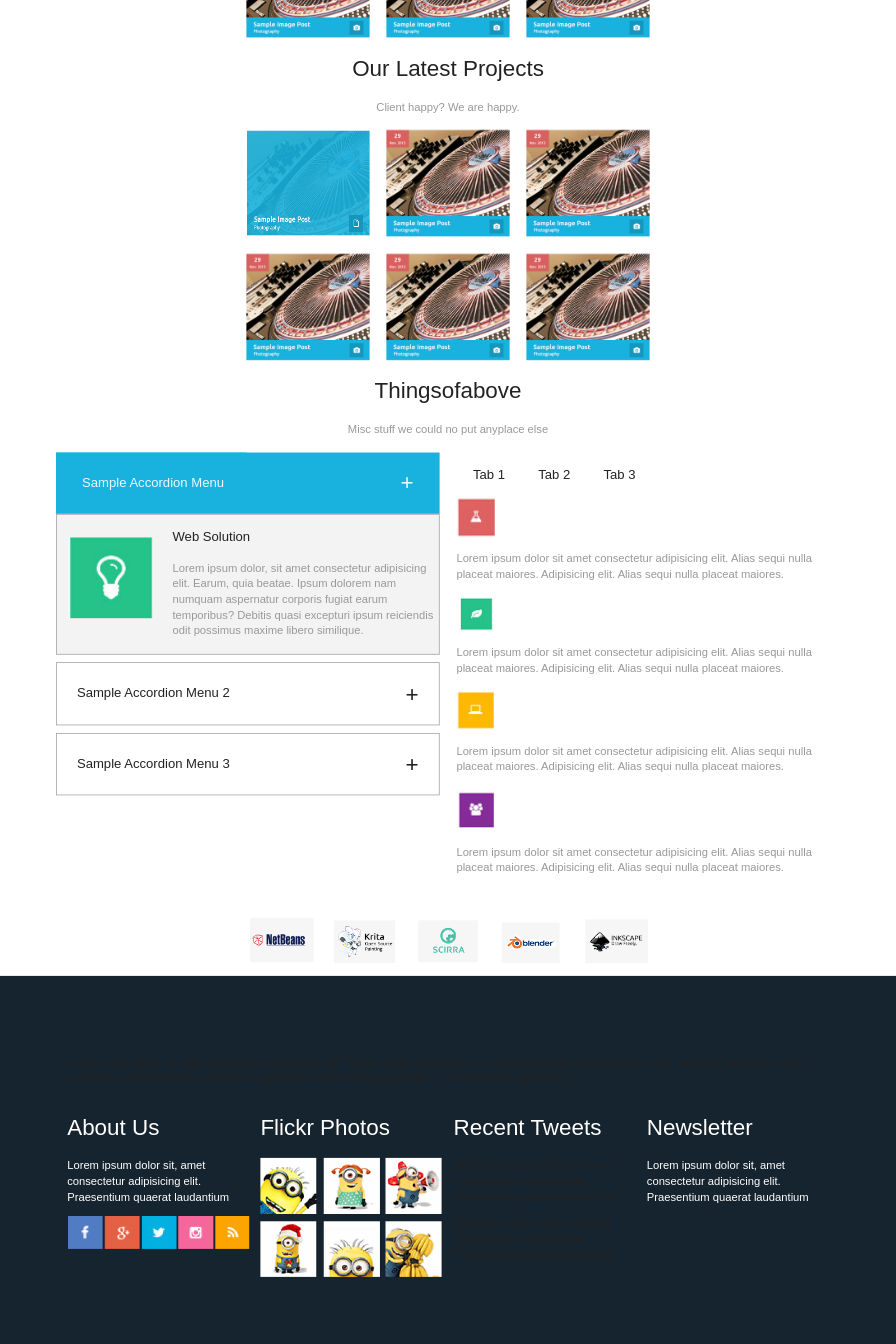
Repository: anoncoderin/madhu_kushal_html_layout
Page: metrosite_week4hw/index.html
An editor plug-in stored every save of this project. The page is shown before and after the next save, followed by the edit.
The browser window is 1280 px wide. The pictures show the part of the page from y = 1693 to 3613 px (the page is 3613 px tall before and 3490 px after), at 70% of full size.

Above is the page before, as saved 2023-02-04 20:00:15.

### metrosite_week4hw/index.html
<!doctype html>
<html class="no-js" lang="EN">

<head>
  <meta charset="utf-8">
  <title>Metrolics</title>
  <meta name="description" content="Some demo test website">
  <meta name="viewport" content="width=device-width, initial-scale=1">

  <meta property="og:title" content="">
  <meta property="og:type" content="">
  <meta property="og:url" content="">
  <meta property="og:image" content="">

  <link rel="manifest" href="site.webmanifest">
  <link rel="apple-touch-icon" href="icon.png">
  <!-- Place favicon.ico in the root directory -->

  <link rel="stylesheet" href="css/normalize.css">
  <link rel="stylesheet" href="css/main.css">

  <meta name="theme-color" content="#fafafa">
</head>

<body>


  <script src="js/vendor/modernizr-3.11.2.min.js"></script>
  <script src="js/plugins.js"></script>
  <script src="js/main.js"></script>

  <!-- Google Analytics: change UA-XXXXX-Y to be your site's ID. -->
  <script>
    window.ga = function () { ga.q.push(arguments) }; ga.q = []; ga.l = +new Date;
    ga('create', 'UA-XXXXX-Y', 'auto'); ga('set', 'anonymizeIp', true); ga('set', 'transport', 'beacon'); ga('send', 'pageview')
  </script>
  <script src="https://www.google-analytics.com/analytics.js" async></script>

  <script src="js/vendor/modernizr-3.11.2.min.js"></script>
  <script src="js/plugins.js"></script>
  <script src="js/main.js"></script>

  <!-- Google Analytics: change UA-XXXXX-Y to be your site's ID. -->
  <script>
    window.ga = function () { ga.q.push(arguments) }; ga.q = []; ga.l = +new Date;
    ga('create', 'UA-XXXXX-Y', 'auto'); ga('set', 'anonymizeIp', true); ga('set', 'transport', 'beacon'); ga('send', 'pageview')
  </script>
  <script src="https://www.google-analytics.com/analytics.js" async></script>

<div class="marginnnss">
  <header class="headerss">
    <div class="page__header">
      <nav class="rowss m-1-2" style="grid-template-columns: 5fr 9fr 24fr;">
          <nav class="mobile-nav m-hide l-hide">
          </nav>
          <div class="columnsss">
              <h1 class="logo">Metrolics <img style="width: 11%; margin-bottom: 0.5%;" src="/metrosite_week4hw/img/Screenshot_20230204_050039.png" alt=""></h1>
          </div>
          <nav class="column main-nav">
              <a href="#" class="main-nav__item active">home</a>
              <a href="#" class="main-nav__item active">pages</a>
              <a href="#" class="main-nav__item active">blogs</a>
              <a href="#" class="main-nav__item active">portfolio</a>
              <a href="#" class="main-nav__item active">contact</a>
          </nav>
      </nav>
    </div>

  </header>

  <div class="slider s-hide m-hide">
    <div class="rowss">
        <div class="columnsss">
            <img class="slider-image"  src="/metrosite_week4hw/img/Screenshot 2023-02-04 165549.jpg" alt="banner">
        </div>
    </div>
  </div>


  <div class="main-container">
    <section>
      <div class="row">
        <div class="col">
          <p class="FirstBigText">Hey guys! This is the Metrolics theme.
            It sports a responsive layout with a mobile layout.</p>
        </div>
      </div>
    </section>

    <section>
      <div class="row tab-col-3 ">
        <div class="col tab-row-span" style="text-align: center;">
          <h1>Things That We Do</h1>
          <h4>Ask us what we can do for you</h4>
        </div>
        <div class="col">

          <img class="ThingsWeDoPics" src="/metrosite_week4hw/img/Screenshot_20230201_101603.png" alt="">
          <h2 class="ThingsWeDoText">Web Solutions</h2>
          <h4 class="ThingsWeDoText1">We are a fairly small, flexible design studio that designs for print and web. We work flexibly with clients to fulfil their design needs. Whether you need to create a brand from scratch, including marketing materials and a </h4>
        </div>
        <div class="col">
          <img class="ThingsWeDoPics" src="/metrosite_week4hw/img/Screenshot_20230201_101807.png" alt="">
          <h2 class="ThingsWeDoText">Photography</h2>
          <h4 class="ThingsWeDoText1">We are a fairly small, flexible design studio that designs for print and web. We work flexibly with clients to fulfil their design needs. Whether you need to create a brand from scratch, including marketing materials and a </h4>
        </div>

        <div class="col">
          <img class="ThingsWeDoPics" src="/metrosite_week4hw/img/Screenshot_20230201_101826.png" alt="">
          <h2 class="ThingsWeDoText">Web Development</h2>
          <h4 class="ThingsWeDoText1">We are a fairly small, flexible design studio that designs for print and web. We work flexibly with clients to fulfil their design needs. Whether you need to create a brand from scratch, including marketing materials and a </h4>
        </div>
        <div class="col">
          <img class="ThingsWeDoPics" src="/metrosite_week4hw/img/Screenshot_20230201_101840.png" alt="">
          <h2 class="ThingsWeDoText">Web Design</h2>
          <h4 class="ThingsWeDoText1">We are a fairly small, flexible design studio that designs for print and web. We work flexibly with clients to fulfil their design needs. Whether you need to create a brand from scratch, including marketing materials and a </h4>
        </div>
      </div>
  </section>

  <section>
    <div class="row">
      <div class="col" style="text-align: center;">
        <h1>What's Up Lately?</h1>
        <h4>Read up on our latest work</h4>
      </div>
    </div>
  </section>

  <section>
    <div class="row tab-col-2 ">
      <div class="col" class="imgchange">
        <img src="/metrosite_week4hw/img/Screenshot_20230203_094754.png" alt="">
      </div>
      <div class="col">
        <img src="/metrosite_week4hw/img/Screenshot_20230203_094754.png" alt="">
      </div>
      <div class="col">
        <img src="/metrosite_week4hw/img/Screenshot_20230203_094754.png" alt="">
      </div>
    </div>
  </section>

  <section>
    <div class="row">
      <div class="col" style="text-align: center;">
        <h1>Our Latest Projects</h1>
        <h4>Client happy? We are happy.</h4>
      </div>
    </div>
  </section>

  <section>
    <div class="row tab-col-2">
      <div class="col">
        <img style="width: 100%; height: 99%;" src="/metrosite_week4hw/img/Screenshot_20230203_100036.png" alt="">
      </div>
      <div class="col">
        <img src="/metrosite_week4hw/img/Screenshot_20230203_094754.png" alt="">
      </div>
      <div class="col">
        <img src="/metrosite_week4hw/img/Screenshot_20230203_094754.png" alt="">
      </div>
      <div class="col">
        <img src="/metrosite_week4hw/img/Screenshot_20230203_094754.png" alt="">
      </div>

      <div class="col">
        <img src="/metrosite_week4hw/img/Screenshot_20230203_094754.png" alt="">
      </div>
      <div class="col">
        <img src="/metrosite_week4hw/img/Screenshot_20230203_094754.png" alt="">
      </div>
    </div>
  </section>

  <section>
    <div class="row">
      <div class="col" style="text-align: center;">
        <h1>Thingsofabove</h1>
        <h4>Misc stuff we could no put anyplace else</h4>
      </div>
    </div>
  </section>

  <section>
    <div class="table-switch">

      <div>
        <div style="background-color: #19b2de; display: flex; justify-content: center; gap: 46%;">
          <h3 style="color: aliceblue; margin-top: 5.5%;;" >Sample Accordion Menu <h1 style="color: aliceblue;">+</h1></h3>
        </div>

        <div style="display: grid; grid-template-columns: 1fr; gap: 3%;">

          <div class="sampleaccord" style="background-color: #f3f3f3; border:1px solid #999;">

            <img style="width: 24%; height: 58%; margin-top: 6%; margin-left: 3%;" src="/metrosite_week4hw/img/Screenshot_20230204_064024.png" alt="">
            <div>

              <h3>Web Solution</h3>
              <h4>Lorem ipsum dolor, sit amet consectetur adipisicing elit. Earum, quia beatae. Ipsum dolorem nam numquam aspernatur corporis fugiat earum temporibus? Debitis quasi excepturi ipsum reiciendis odit possimus maxime libero similique.</h4>

            </div>

          </div>
          <div style="display: grid; gap: 6%;">

            <div class="tabs" style="display: flex; justify-content: center; gap: 46%;">
              <h3 style="margin-top: 5.5%;;" >Sample Accordion Menu 2<h1>+</h1></h3>
            </div>

            <div class="tabs" style="display: flex; justify-content: center; gap: 46%;">
              <h3 style="margin-top: 5.5%;;" >Sample Accordion Menu 3<h1>+</h1></h3>
            </div>

        </div>
        </div>
      </div>

      <div class="tab-switch">
        <div style="display: grid; grid-template-columns: 1fr 1fr 1fr; text-align: center; width: 51%;">
          <h3>Tab 1</h3>
          <h3>Tab 2</h3>
          <h3>Tab 3</h3>
        </div>
        <div class="alchemytext">
          <img class="alchemyicons" src="/metrosite_week4hw/img/Screenshot_20230204_075106.png" alt="">
          <h4>Lorem ipsum dolor sit amet consectetur adipisicing elit. Alias sequi nulla placeat maiores. Adipisicing elit. Alias sequi nulla placeat maiores.</h4>
        </div>
        <div class="alchemytext">
          <img class="alchemyicons" src="/metrosite_week4hw/img/Screenshot_20230204_075114.png" alt="">
          <h4>Lorem ipsum dolor sit amet consectetur adipisicing elit. Alias sequi nulla placeat maiores.  Adipisicing elit. Alias sequi nulla placeat maiores.</h4>
        </div>
        <div class="alchemytext">
          <img class="alchemyicons" src="/metrosite_week4hw/img/Screenshot_20230204_075123.png" alt="">
          <h4>Lorem ipsum dolor sit amet consectetur adipisicing elit. Alias sequi nulla placeat maiores.  Adipisicing elit. Alias sequi nulla placeat maiores.</h4>
        </div>
        <div class="alchemytext">
          <img class="alchemyicons" src="/metrosite_week4hw/img/Screenshot_20230204_075137.png" alt="">
          <h4>Lorem ipsum dolor sit amet consectetur adipisicing elit. Alias sequi nulla placeat maiores.  Adipisicing elit. Alias sequi nulla placeat maiores.</h4>
        </div>


      </div>

    </div>
  </section>

  <section class="mobile-noshow">
    <div class=" row tab-col-5">
      <div class="col">
        <img src="/metrosite_week4hw/img/Screenshot_20230204_024739.png" alt="">
      </div>
      <div class="col">
        <img src="/metrosite_week4hw/img/Screenshot_20230204_024744.png" alt="">
      </div>
      <div class="col">
        <img src="/metrosite_week4hw/img/Screenshot_20230204_024750.png" alt="">
      </div>
      <div class="col">
        <img src="/metrosite_week4hw/img/Screenshot_20230204_024754.png" alt="">
      </div>
      <div class="col">
        <img src="/metrosite_week4hw/img/Screenshot_20230204_024808.png" alt="">
      </div>
    </div>
  </section>
  </div>
</div>

  <footer>
    <div class="rowss">
        <div class="footer-col">
            <div class="quote">
                <p>Lorem ipsum dolor, sit amet consectetur adipisicing elit. Tenetur facilis asperiores cum sed quas ullam necessitatibus, odio, excepturi provident nemo voluptatum. Accusantium voluptatibus repellendus, illo tenetur perspiciatis in necessitatibus possimus?</p>

            </div>
            <div class="rowss m-col-2 l-col-4">
                <div class="footer-col">
                    <h1 style="color:white">About Us</h1>
                    <p style="color:white">Lorem ipsum dolor sit, amet consectetur adipisicing elit. Praesentium quaerat laudantium </p>
                    <img src="/metrosite_week4hw/img/footer icon.png" alt="footericons">
                </div>
                <div class="footer-col">
                    <h1 style="color:white">Flickr Photos</h1>
                    <img src="/metrosite_week4hw/img/minions.png" alt="minions">

                </div>
                <div class="footer-col">
                    <h1 style="color:white">Recent Tweets</h1>
                    <p> <span1>@Minions </span1>ipsum dolor sit, amet consectetur adipisicing elit. Praesentium quaerat laudantium</p>
                    <p> <span1>@Minions </span1>ipsum dolor sit, amet consectetur adipisicing elit. Praesentium quaerat laudantium</p>
                </div>
                <div class="footer-col">
                    <h1 style="color:white">Newsletter</h1>
                    <p style="color:white"> Lorem ipsum dolor sit, amet consectetur adipisicing elit. Praesentium quaerat laudantium </p>
                </div>
            </div>
        </div>
    </div>
</footer>

</body>

</html>

### metrosite_week4hw/css/main.css
/*! HTML5 Boilerplate v8.0.0 | MIT License | https://html5boilerplate.com/ */

/* main.css 2.1.0 | MIT License | https://github.com/h5bp/main.css#readme */
/*
 * What follows is the result of much research on cross-browser styling.
 * Credit left inline and big thanks to Nicolas Gallagher, Jonathan Neal,
 * Kroc Camen, and the H5BP dev community and team.
 */

/* ==========================================================================
   Base styles: opinionated defaults
   ========================================================================== */

   html {
    color: #222;
    font-size: 1em;
    line-height: 1.4;
  }

  /*
   * Remove text-shadow in selection highlight:
   * https://twitter.com/miketaylr/status/12228805301
   *
   * Vendor-prefixed and regular ::selection selectors cannot be combined:
   * https://stackoverflow.com/a/16982510/7133471
   *
   * Customize the background color to match your design.
   */

   /* div,
   main,
   section,
   footer,
   header {
    min-height: 1rem;
    padding: 1rem;
  } */

  .marginnnss {
    padding: 1%;
  }


  ::-moz-selection {
    background: #b3d4fc;
    text-shadow: none;
  }

  ::selection {
    background: #b3d4fc;
    text-shadow: none;
  }



  *,
  *:before,
  *:after{
    box-sizing: border-box;
  }

  img{
    width: 100%;
  }


  h1,
  h2,
  h3,
  h4,
  h5,
  h6 {
    font-family:Arial, Helvetica, sans-serif;
    font-weight: 300;
  }

  p{
    font-family:Arial, Helvetica, sans-serif;
  }

  .FirstBigText {
    font-size: 50px;
    text-align: center;
  }

  .col tab-row-span {
    text-align: center;
  }

  .row{
    display: grid;
    row-gap: 1rem;
  }

  .col{
    position: relative;
    background-color: #fff;
  }

  .ThingsWeDoPics {
    width: 50%;
    margin-left: 25%;
  }

  .ThingsWeDoText {
    text-align: center;
  }

  .ThingsWeDoText1 {
    text-align: center;
    font-size: 72%;
  }

  .rowss {
      display: grid;
      row-gap: 1rem;
  }

  .columnsss{
    position: relative;
}

.slider{
  background-color: #f3f3f3;
}
.slider-image{
  width: 100%;
  object-fit: cover;

}

.main-nav {
  display: none;
  flex-direction: column;
  align-items: center;
}

.main-nav__item {
  display: block;
  position: relative;
  font-size: 2rem;
  text-decoration: none;
  text-align: left;
  width: 100%;
  color: white;
  line-height: 4rem;
  background-repeat: no-repeat;
  font-family: Ubuntu, sans-serif;
  font-weight: 300;
  text-align: center;
}

.main-nav__item::after {
  content: ">";
  display: inline-block;
  position: absolute;
  right: 1rem;
}

.main-nav__item::after::after {
  content: "";
}

.main-nav__item:nth-child(1) {
  background-color: #25c389;
  background-image: url(assets\home_FILL0_wght400_GRAD0_opsz48.svg);
}
.main-nav__item:nth-child(2) {
  background-color: #ffb901;
  background-image: url(assets\pin_drop_FILL0_wght400_GRAD0_opsz48.svg), url();
}
.main-nav__item:nth-child(3) {
  background-color: #de6262;
  background-image: url(assets\campaign_FILL0_wght400_GRAD0_opsz48.svg), url();
}
.main-nav__item:nth-child(4) {
  background-color: #1691bd;
  background-image: url(assets\work_FILL0_wght400_GRAD0_opsz48.svg), url();
}
.main-nav__item:nth-child(5) {
  background-color: #166ba2;
  background-image: url(assets\mail_FILL0_wght400_GRAD0_opsz48.svg), url();
}

footer{
  background-color: #16242f;
  padding: 6rem;
}

h4{
  color: #999;
}

.sampleaccord {
  display: flex;
  gap: 5%;
}

.tabs {
  border:1px solid #999;
}

.alchemyicons {
  width: 10%;
}

.alchemytext {

}



  /* Small only */
  @media screen and (max-width: 39.9375em) {

    .mobile-noshow{
      display: none;
    }
    .s-hide {
      display: none;
  }
  }
  /* Medium and up */
  @media screen and (min-width: 40em) {
    .rowss {
      display: grid;
      max-width: 70rem;
      column-gap: 1rem;
      margin: 0 auto;
  }
    .row{
      max-width: 36rem;
      column-gap: 1.5rem;
      row-gap: 1.5rem;
      margin: 0 auto;
    }
    .tab-col-2{
      grid-template-columns: 1fr 1fr;

    }
    .m-col-2 {
      grid-template-columns: 1fr 1fr;
    }
    .tab-col-3{
      grid-template-columns: repeat(2, 1fr);


  }
  .tab-col-5{
    grid-template-columns: repeat(5, 1fr);
  }

  .tab-row-span{
    grid-column-start: 1;
    grid-column-end: -1;
  }

  .main-nav {
    display: flex;
    flex-direction: row;
  }
  .main-nav__item {
    padding: 4rem 1rem 0rem .5rem;
    line-height: 2rem;
    font-size: .8rem;
    text-align: left;
    background-color: rgb(184, 184, 184);
    background-repeat: no-repeat;
    background-position-x: center;
    background-position-y: center;
    background-size: 2.3rem, 1.4rem;
  }

  .table-switch {
    display: grid;
    grid-template-columns: 1fr;
    max-width: 36rem;
    column-gap: 1.5rem;
    row-gap: 1.5rem;
    margin: 0 auto;
    margin-bottom: 3%;
  }

  }
  /* Medium only */
  @media screen and (min-width: 40em) and
  (max-width: 63.9375em) {

  }
  /* Large and up */
  @media screen and (min-width: 64em) {
    .l-col-2{
      grid-template-columns: repeat(2,1fr);
    }
    .l-row-span{
      grid-column-start: 2;
      grid-column-end: 5;
    }

    .table-switch {
      display: grid;
      grid-template-columns: 1fr 1fr;
      max-width: 70rem;
      column-gap: 1.5rem;
      row-gap: 1.5rem;
      margin: 0 auto;
      margin-bottom: 3%;
    }

  }


  /* Large only */
  @media screen and (min-width: 64em) {
    .tab-col-2 {
      grid-template-columns: 1fr 1fr 1fr;
    }
    .tab-col-3{
      grid-template-columns: repeat(4, 1fr);


    }
    .l-col-4 {
      grid-template-columns: repeat(4, 1fr);
    }
  }


  /*
   * A better looking default horizontal rule
   */

  hr {
    display: block;
    height: 1px;
    border: 0;
    border-top: 1px solid #ccc;
    margin: 1em 0;
    padding: 0;
  }

  /*
   * Remove the gap between audio, canvas, iframes,
   * images, videos and the bottom of their containers:
   * https://github.com/h5bp/html5-boilerplate/issues/440
   */

  audio,
  canvas,
  iframe,
  img,
  svg,
  video {
    vertical-align: middle;
  }

  /*
   * Remove default fieldset styles.
   */

  fieldset {
    border: 0;
    margin: 0;
    padding: 0;
  }

  /*
   * Allow only vertical resizing of textareas.
   */

  textarea {
    resize: vertical;
  }

  /* ==========================================================================
     Author's custom styles
     ========================================================================== */

  /* ==========================================================================
     Helper classes
     ========================================================================== */

  /*
   * Hide visually and from screen readers
   */

  .hidden,
  [hidden] {
    display: none !important;
  }

  /*
   * Hide only visually, but have it available for screen readers:
   * https://snook.ca/archives/html_and_css/hiding-content-for-accessibility
   *
   * 1. For long content, line feeds are not interpreted as spaces and small width
   *    causes content to wrap 1 word per line:
   *    https://medium.com/@jessebeach/beware-smushed-off-screen-accessible-text-5952a4c2cbfe
   */

  .sr-only {
    border: 0;
    clip: rect(0, 0, 0, 0);
    height: 1px;
    margin: -1px;
    overflow: hidden;
    padding: 0;
    position: absolute;
    white-space: nowrap;
    width: 1px;
    /* 1 */
  }

  /*
   * Extends the .sr-only class to allow the element
   * to be focusable when navigated to via the keyboard:
   * https://www.drupal.org/node/897638
   */

  .sr-only.focusable:active,
  .sr-only.focusable:focus {
    clip: auto;
    height: auto;
    margin: 0;
    overflow: visible;
    position: static;
    white-space: inherit;
    width: auto;
  }

  /*
   * Hide visually and from screen readers, but maintain layout
   */

  .invisible {
    visibility: hidden;
  }

  /*
   * Clearfix: contain floats
   *
   * For modern browsers
   * 1. The space content is one way to avoid an Opera bug when the
   *    `contenteditable` attribute is included anywhere else in the document.
   *    Otherwise it causes space to appear at the top and bottom of elements
   *    that receive the `clearfix` class.
   * 2. The use of `table` rather than `block` is only necessary if using
   *    `:before` to contain the top-margins of child elements.
   */

  .clearfix::before,
  .clearfix::after {
    content: " ";
    display: table;
  }

  .clearfix::after {
    clear: both;
  }

  /* ==========================================================================
     EXAMPLE Media Queries for Responsive Design.
     These examples override the primary ('mobile first') styles.
     Modify as content requires.
     ========================================================================== */

  @media only screen and (min-width: 35em) {
    /* Style adjustments for viewports that meet the condition */
  }

  @media print,
    (-webkit-min-device-pixel-ratio: 1.25),
    (min-resolution: 1.25dppx),
    (min-resolution: 120dpi) {
    /* Style adjustments for high resolution devices */
  }

  /* ==========================================================================
     Print styles.
     Inlined to avoid the additional HTTP request:
     https://www.phpied.com/delay-loading-your-print-css/
     ========================================================================== */

  @media print {
    *,
    *::before,
    *::after {
      background: #fff !important;
      color: #000 !important;
      /* Black prints faster */
      box-shadow: none !important;
      text-shadow: none !important;
    }

    a,
    a:visited {
      text-decoration: underline;
    }

    a[href]::after {
      content: " (" attr(href) ")";
    }

    abbr[title]::after {
      content: " (" attr(title) ")";
    }

    /*
     * Don't show links that are fragment identifiers,
     * or use the `javascript:` pseudo protocol
     */
    a[href^="#"]::after,
    a[href^="javascript:"]::after {
      content: "";
    }

    pre {
      white-space: pre-wrap !important;
    }

    pre,
    blockquote {
      border: 1px solid #999;
      page-break-inside: avoid;
    }

    /*
     * Printing Tables:
     * https://web.archive.org/web/20180815150934/http://css-discuss.incutio.com/wiki/Printing_Tables
     */
    thead {
      display: table-header-group;
    }

    tr,
    img {
      page-break-inside: avoid;
    }

    p,
    h2,
    h3 {
      orphans: 3;
      widows: 3;
    }

    h2,
    h3 {
      page-break-after: avoid;
    }
  }

### metrosite_week4hw/js/plugins.js
// Avoid `console` errors in browsers that lack a console.
(function() {
  var method;
  var noop = function () {};
  var methods = [
    'assert', 'clear', 'count', 'debug', 'dir', 'dirxml', 'error',
    'exception', 'group', 'groupCollapsed', 'groupEnd', 'info', 'log',
    'markTimeline', 'profile', 'profileEnd', 'table', 'time', 'timeEnd',
    'timeline', 'timelineEnd', 'timeStamp', 'trace', 'warn'
  ];
  var length = methods.length;
  var console = (window.console = window.console || {});

  while (length--) {
    method = methods[length];

    // Only stub undefined methods.
    if (!console[method]) {
      console[method] = noop;
    }
  }
}());

// Place any jQuery/helper plugins in here.

Loaded but not shown: metrosite_week4hw/css/normalize.css (library); metrosite_week4hw/js/vendor/modernizr-3.11.2.min.js (library); metrosite_week4hw/js/main.js (no stored copy; drawn as an empty file)

After the next save:
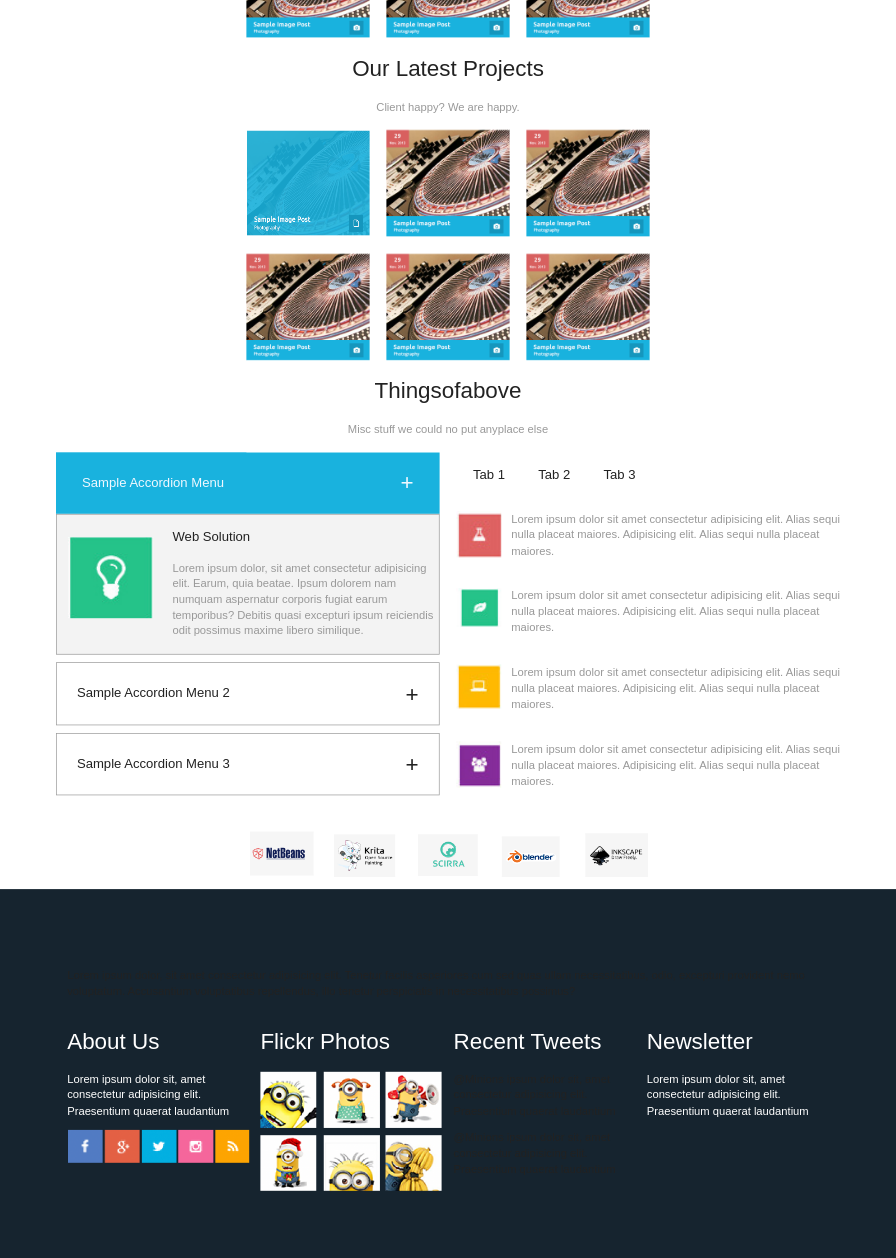
Saved 2 min 0 s later.
--- a/metrosite_week4hw/css/main.css
+++ b/metrosite_week4hw/css/main.css
@@ -201,12 +201,16 @@
 }
 
 .alchemyicons {
-  width: 10%;
+  width: 82%;
+  margin-top: 26%;
 }
 
 .alchemytext {
-
-}
+  display: grid;
+  grid-template-columns: 1fr 6fr;
+}
+
+
 
 
 
